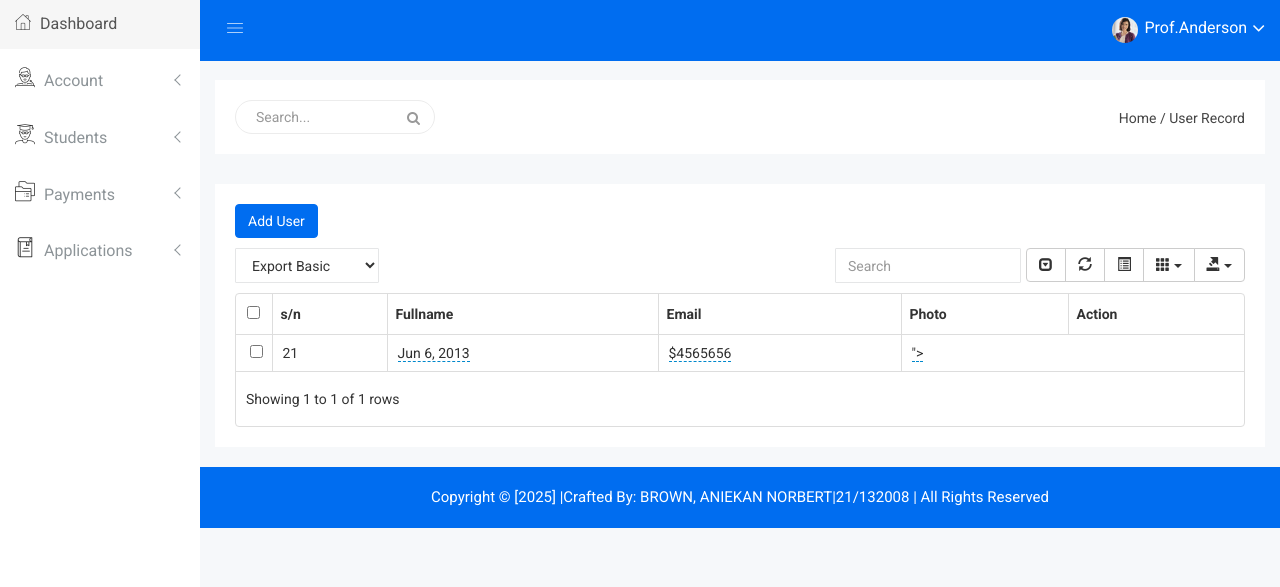
Repository: walterjnr1/crowdfunding-system
Page: http://localhost/Admin/user_record.php
An editor plug-in stored every save of this project. The page is shown before and after the next save, followed by the edit.
The browser window is 1280 px wide. The pictures show the whole page.
The page is run by PHP 8.4 with error messages shown; the project is at /var/www/html/.

Above is the page before, as saved 2025-02-20 11:28:01.
Console error (its wording comes from the project's code and is left out).

After the next save:
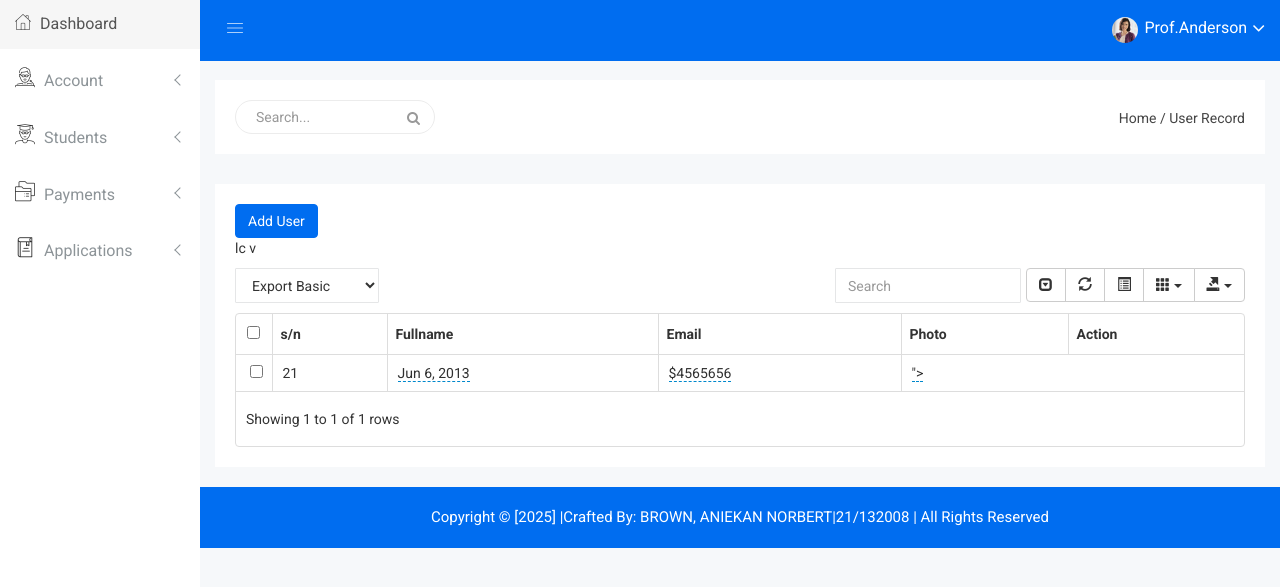
Saved 58 s later.
--- a/Admin/user_record.php
+++ b/Admin/user_record.php
@@ -128,7 +128,7 @@
                                              <tr>
                                                 <td></td>
                                                 <td>21</td>
-
+                                                lc v
                                                 <td>Jun 6, 2013</td>
                                                 <td>$4565656</td>
                                                 <td class="datatable-ct"><i class="fa fa-check"></i>
